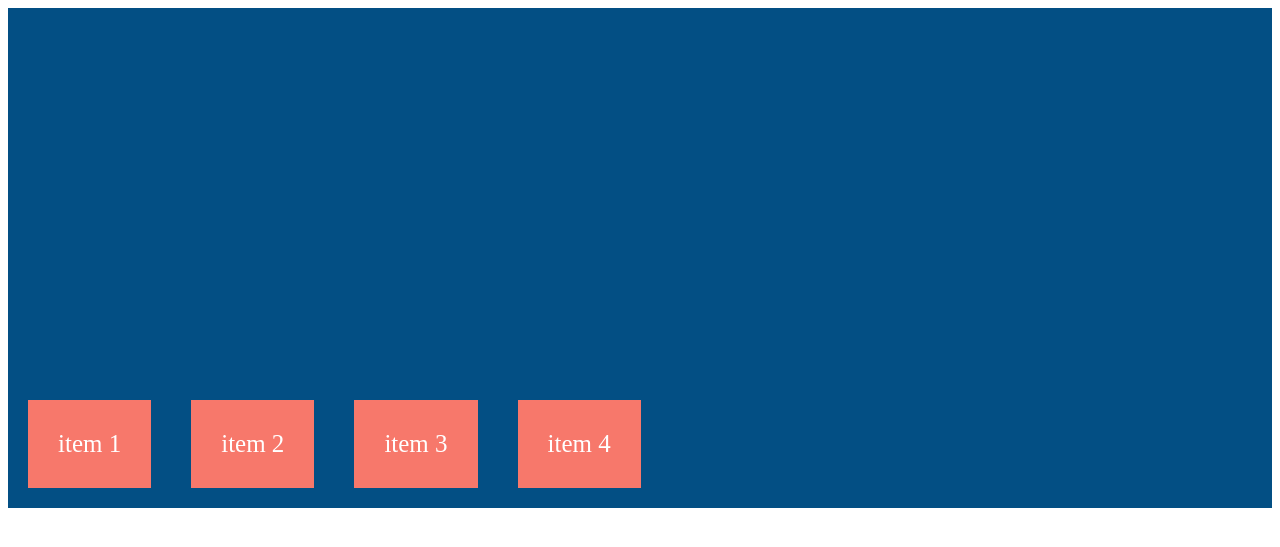
Repository: mehmetbuber38/flex
Page: flex-item-alignments.html
An editor plug-in stored every save of this project. The page is shown before and after the next save, followed by the edit.
The browser window is 1280 px wide. The pictures show the whole page.

Above is the page before, as saved 2022-01-31 20:21:14.

After the next save:
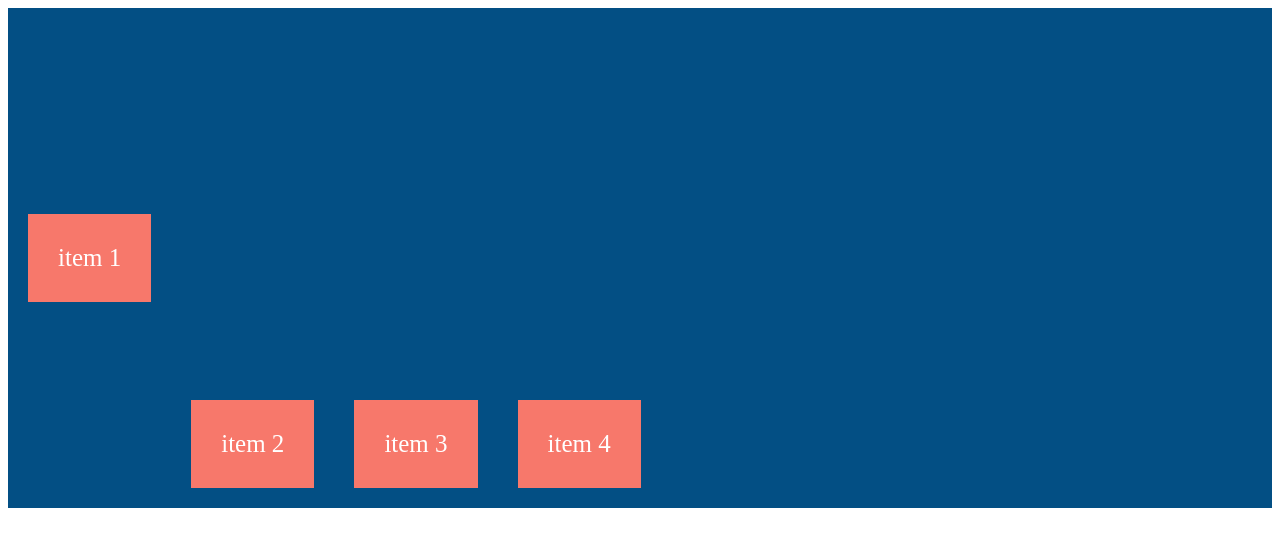
Saved 28 s later.
--- a/flex-item-alignments.html
+++ b/flex-item-alignments.html
@@ -27,8 +27,8 @@
 
     .item-1 {
 
-        align-items: flex-end;
-        align-items: center;
+        align-self: flex-start;
+        align-self: center;
     }
 
     .item {
